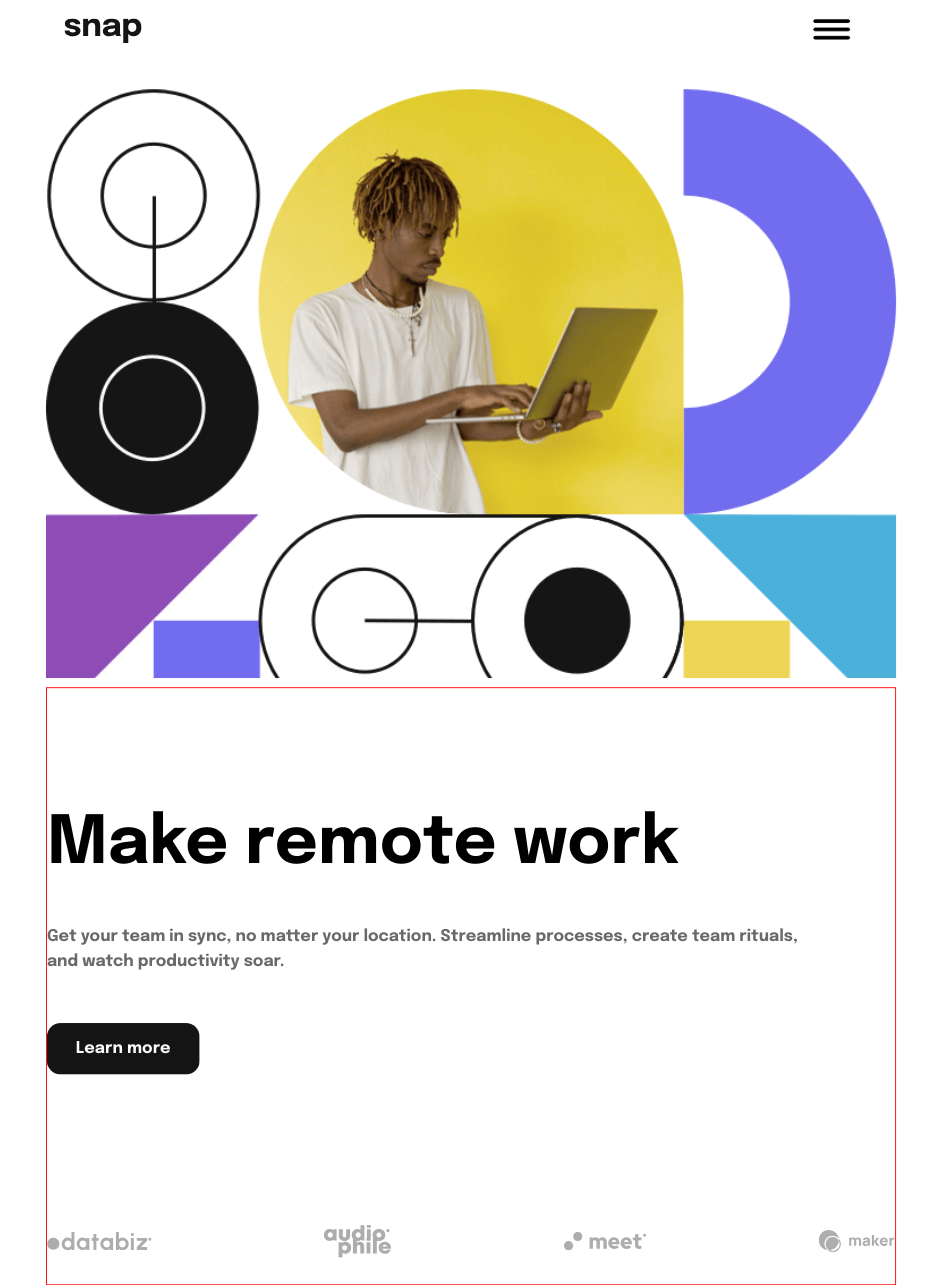
Repository: KamoliddinGIT/intro-section-with-dropdown
Page: index.html
The author's editor kept a copy of each file at every save. The page is drawn from the files as they stood at one save, then again after the next save.
The browser window is 1024 px wide. The pictures show the whole page, at 92% of full size.

Above is the page before, as saved 2023-09-24 19:35:38.

After the next save:
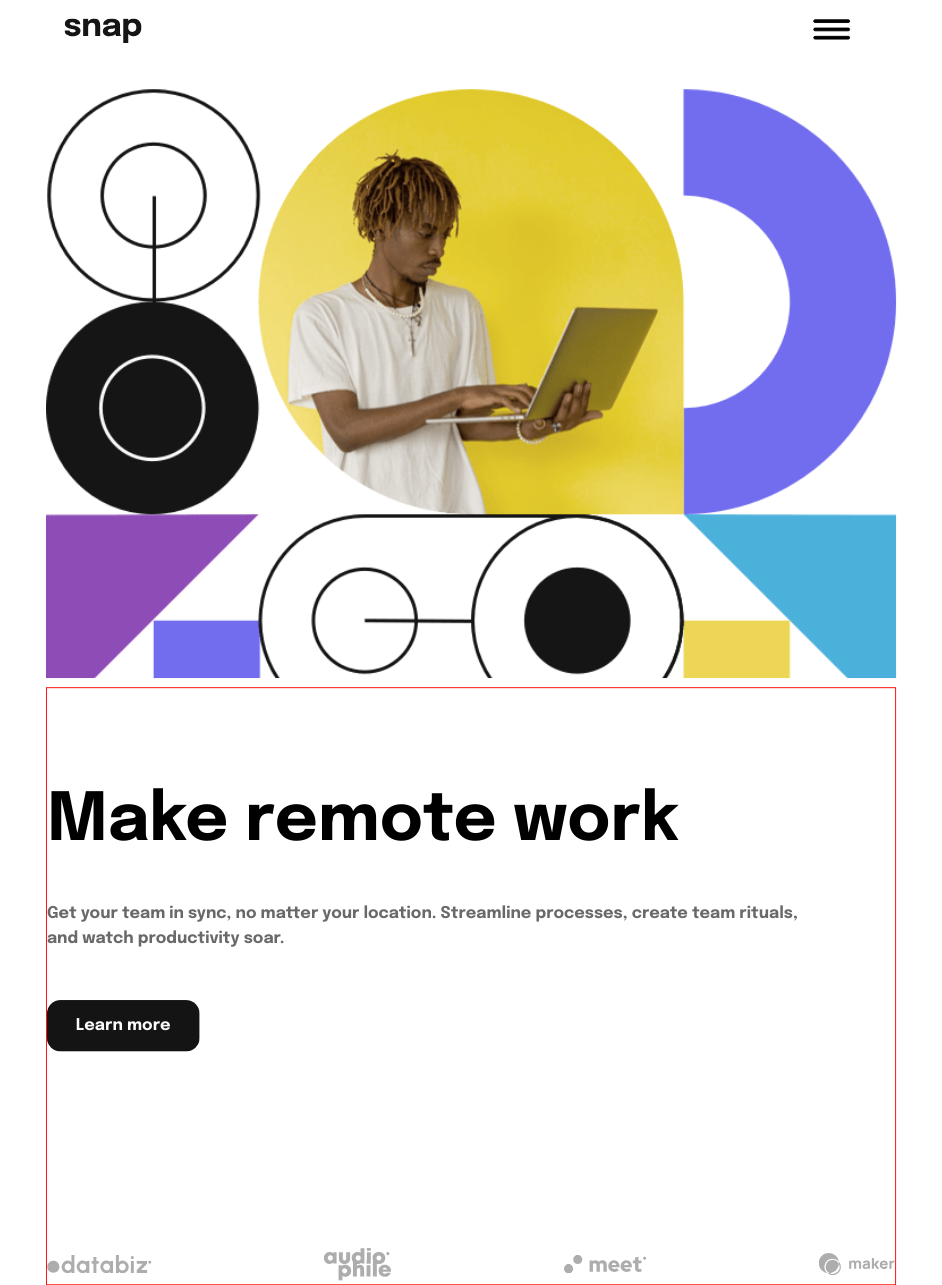
Saved 4 s later.
--- a/css/style.css
+++ b/css/style.css
@@ -442,7 +442,7 @@
     width: 100%;
     height: 50%;
     justify-content: center;
-    gap: 50px;
+    gap: 100px;
     border: 1px solid red;
   }
   .main-img {
